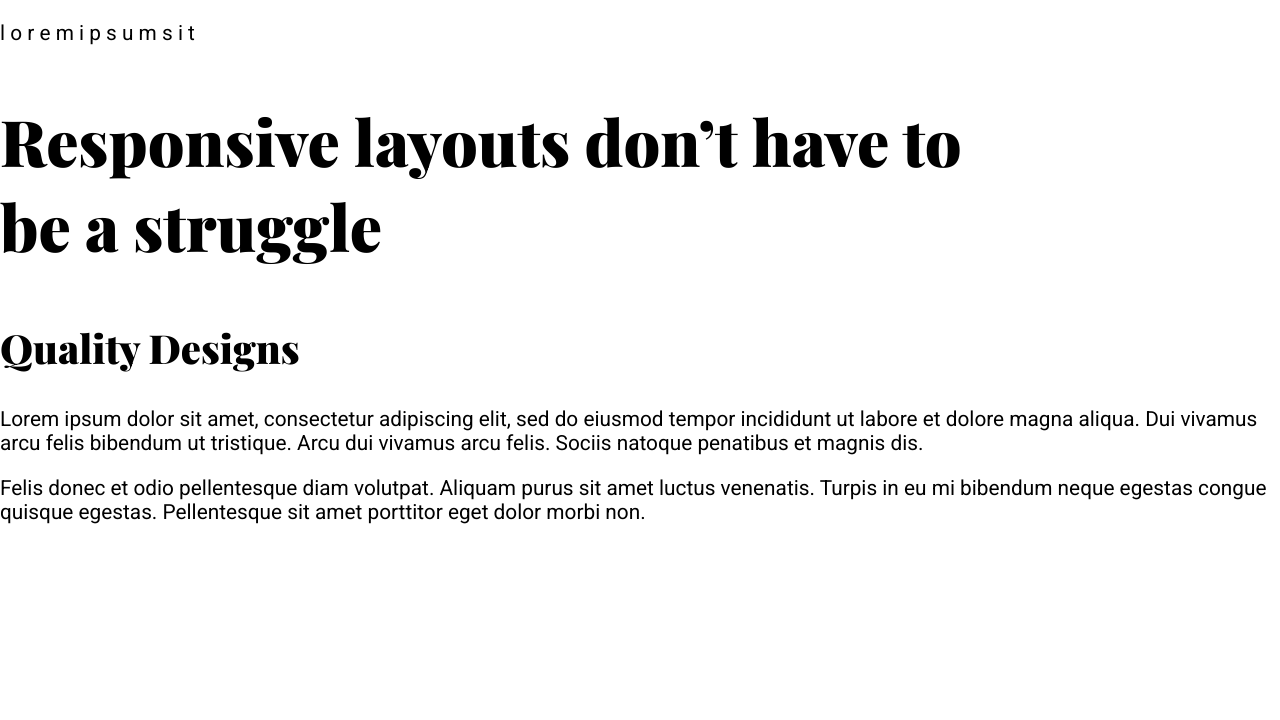
Repository: GregG21/Kevin-Powell-21-day-challange
Page: Day 12/index.html
An editor plug-in stored every save of this project. The page is shown before and after the next save, followed by the edit.
The browser window is 1280 px wide. The pictures show the whole page.
The style sheet was rebuilt from its Sass, Less or Tailwind sources for each picture, by a compiler version that may differ from the author's.

Above is the page before, as saved 2020-09-11 19:53:26.

After the next save:
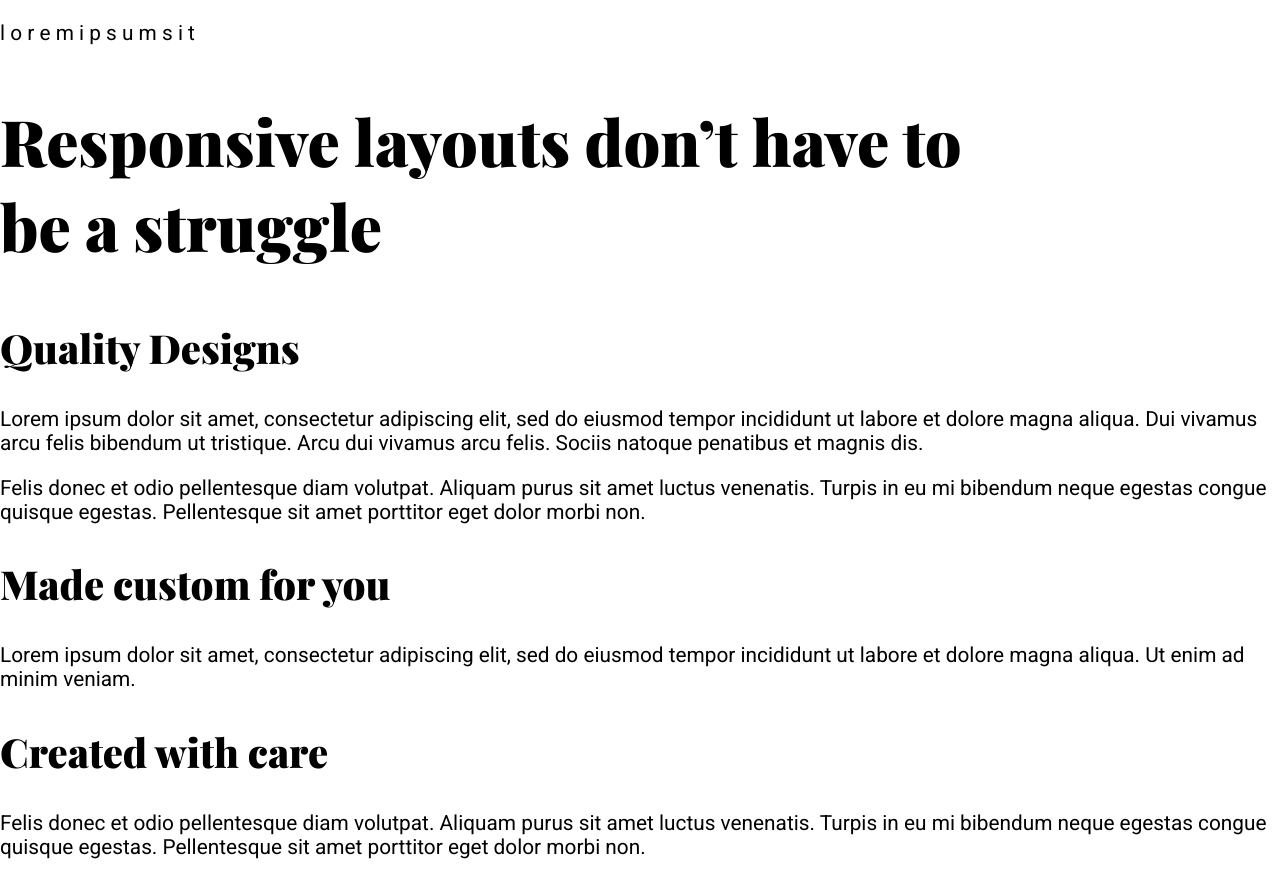
Saved 49 s later.
--- a/Day 12/index.html
+++ b/Day 12/index.html
@@ -38,6 +38,19 @@
 
 
         <section>
+            <h2>Made custom for you</h2>
+            <p>Lorem ipsum dolor sit amet, consectetur adipiscing elit,
+                sed do eiusmod tempor incididunt ut labore et dolore
+                magna aliqua. Ut enim ad minim veniam.</p>
+
+
+        </section>
+        <section>
+            <h2>Created with care</h2>
+            <p>Felis donec et odio pellentesque diam volutpat. Aliquam
+                purus sit amet luctus venenatis. Turpis in eu mi
+                bibendum neque egestas congue quisque egestas.
+                Pellentesque sit amet porttitor eget dolor morbi non.</p>
 
 
 
